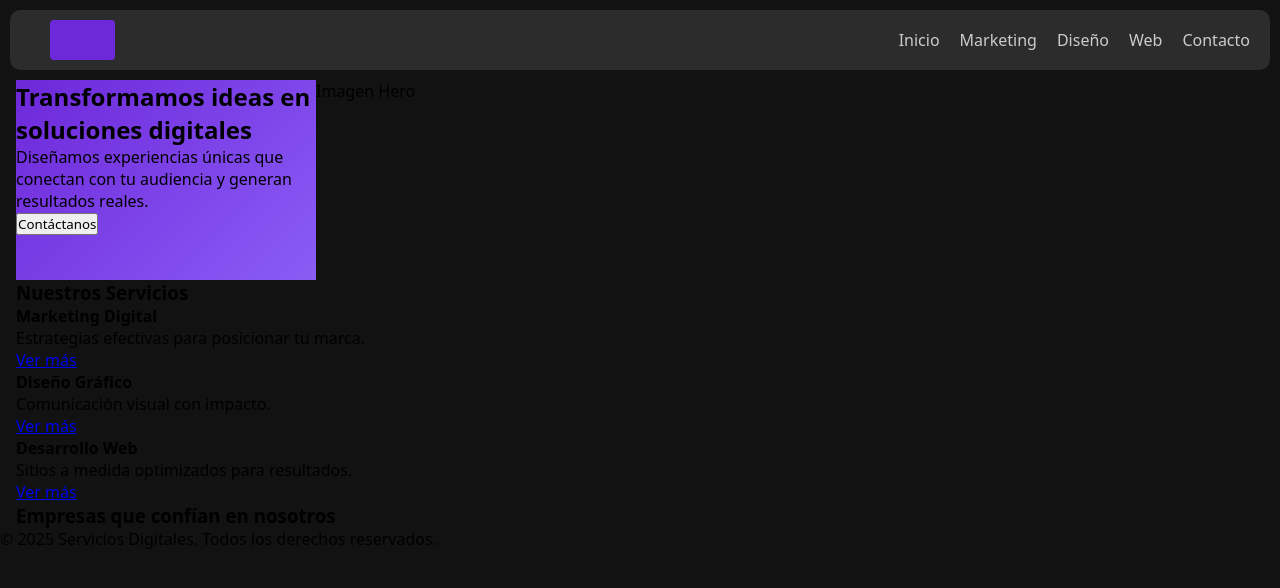
Repository: santinogarrone/TrabajoAgustin
Page: html/index.html
The author's editor kept a copy of each file at every save. The page is drawn from the files as they stood at one save, then again after the next save.
The browser window is 1280 px wide. The pictures show the whole page.

Above is the page before, as saved 2025-05-02 12:02:37.

After the next save:
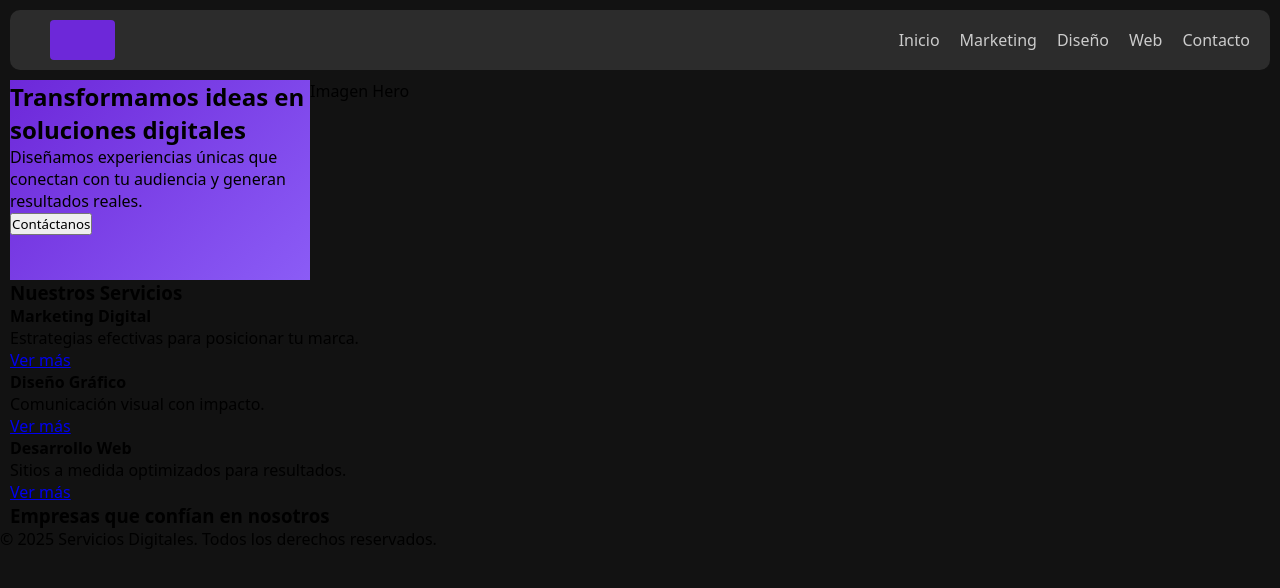
Saved 4 s later.
--- a/css/style.css
+++ b/css/style.css
@@ -13,7 +13,7 @@ body{
     height: 100%;
 }
 main{
-    margin: 0 16px;
+    margin: 0 10px;
 }
 
 header{
